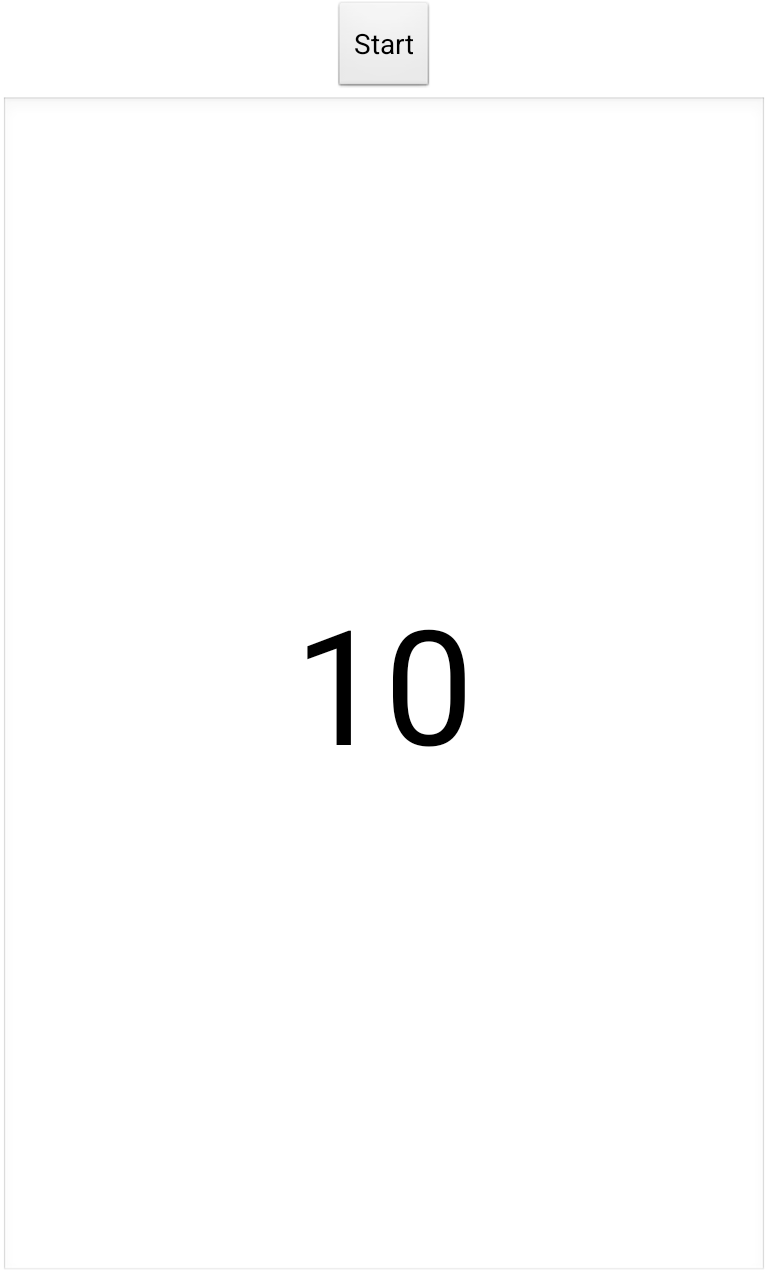
Repository: 071300726/androidDemo
Layout: teddemo/res/layout/main.xml
These files come from the project's save history. The layout is drawn as it stood at one moment and after the next save; the edit follows.
It is drawn on a 768 x 1280 px phone screen (xhdpi) without system bars, with theme AppTheme; the app's code is not run.

Above is the layout before, as saved 2015-05-12 04:11:06.

### teddemo/res/layout/main.xml
<?xml version="1.0" encoding="utf-8"?>
<LinearLayout xmlns:android="http://schemas.android.com/apk/res/android"
    android:orientation="vertical"
    android:layout_width="fill_parent"
    android:layout_height="fill_parent"
    >

<Button
            android:id="@+id/startBtn"
            android:layout_width="wrap_content"
            android:layout_height="wrap_content"
            android:text="Start"
            android:layout_gravity="center_horizontal"/>

<EditText
            android:id="@+id/countDownEditTextView"
            android:layout_width="fill_parent"
            android:layout_height="fill_parent"
            android:layout_gravity="center_horizontal|center_vertical|center"
            android:gravity="center_horizontal|center_vertical"
            android:text="10"
            android:textSize="80sp"
            android:inputType="number"/>

<SurfaceView
        android:id="@+id/imageView"
        android:layout_width="fill_parent"
        android:layout_height="fill_parent" />


</LinearLayout>

Loaded but not shown: teddemo/res/values/styles.xml (common file)

After the next save:
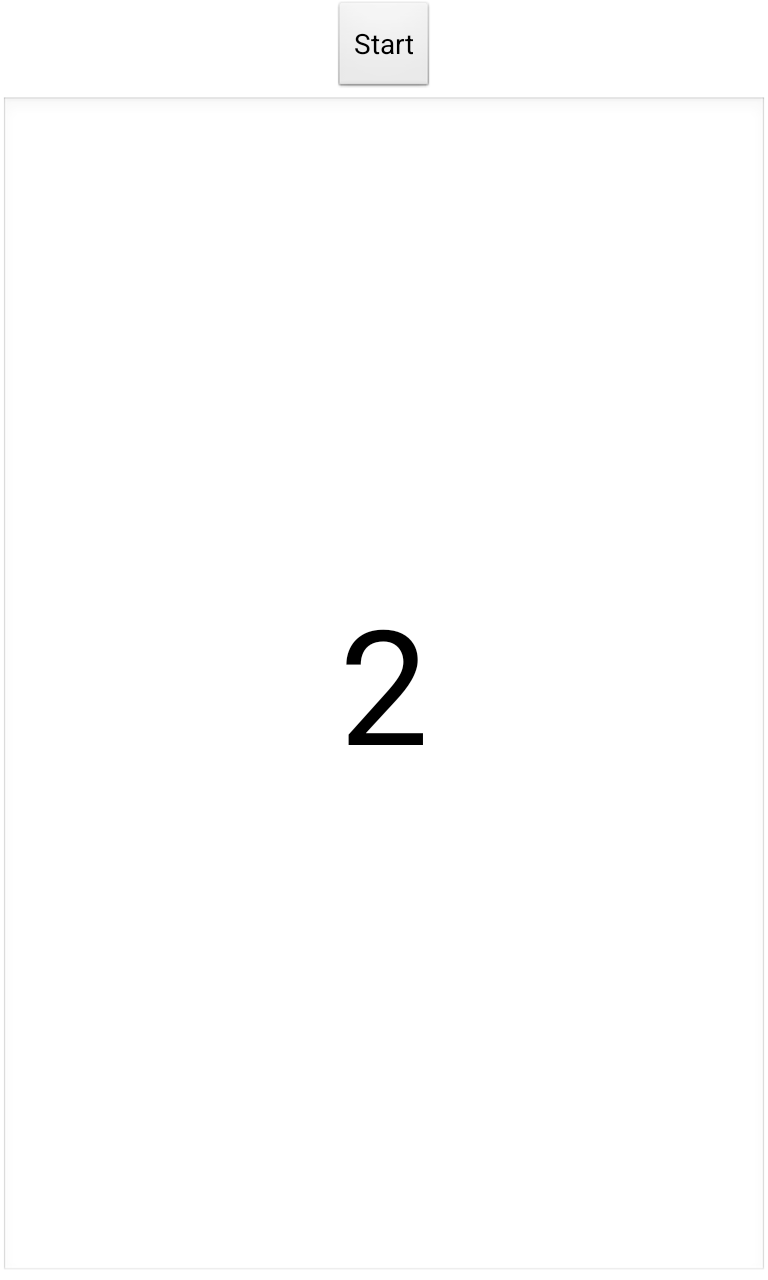
Saved 7 s later.
--- a/teddemo/res/layout/main.xml
+++ b/teddemo/res/layout/main.xml
@@ -18,7 +18,7 @@
             android:layout_height="fill_parent"
             android:layout_gravity="center_horizontal|center_vertical|center"
             android:gravity="center_horizontal|center_vertical"
-            android:text="10"
+            android:text="2"
             android:textSize="80sp"
             android:inputType="number"/>
 
